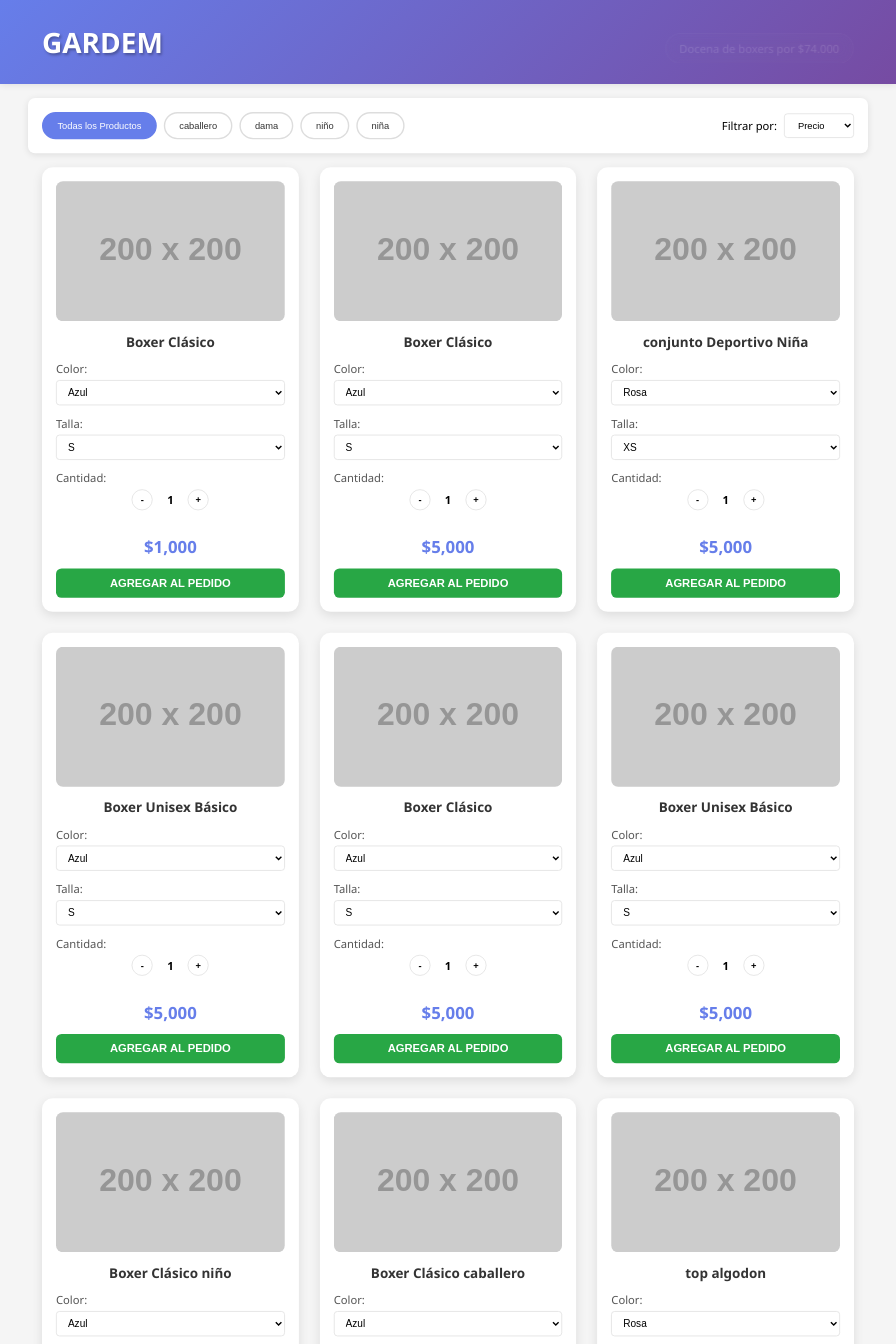
Repository: dasalgar123/gardem_react
Page: /
The author's editor kept a copy of each file at every save. The page is drawn from the files as they stood at one save, then again after the next save.
The browser window is 1280 px wide. The pictures show the part of the page from y = 0 to 1920 px (the page is 2919 px tall before and 2954 px after), at 70% of full size.
The project was rebuilt for these pictures with package versions that can differ from the ones it lists, and the page was loaded fresh each time.

Above is the page before, as saved 2025-08-02 17:08:44.

After the next save:
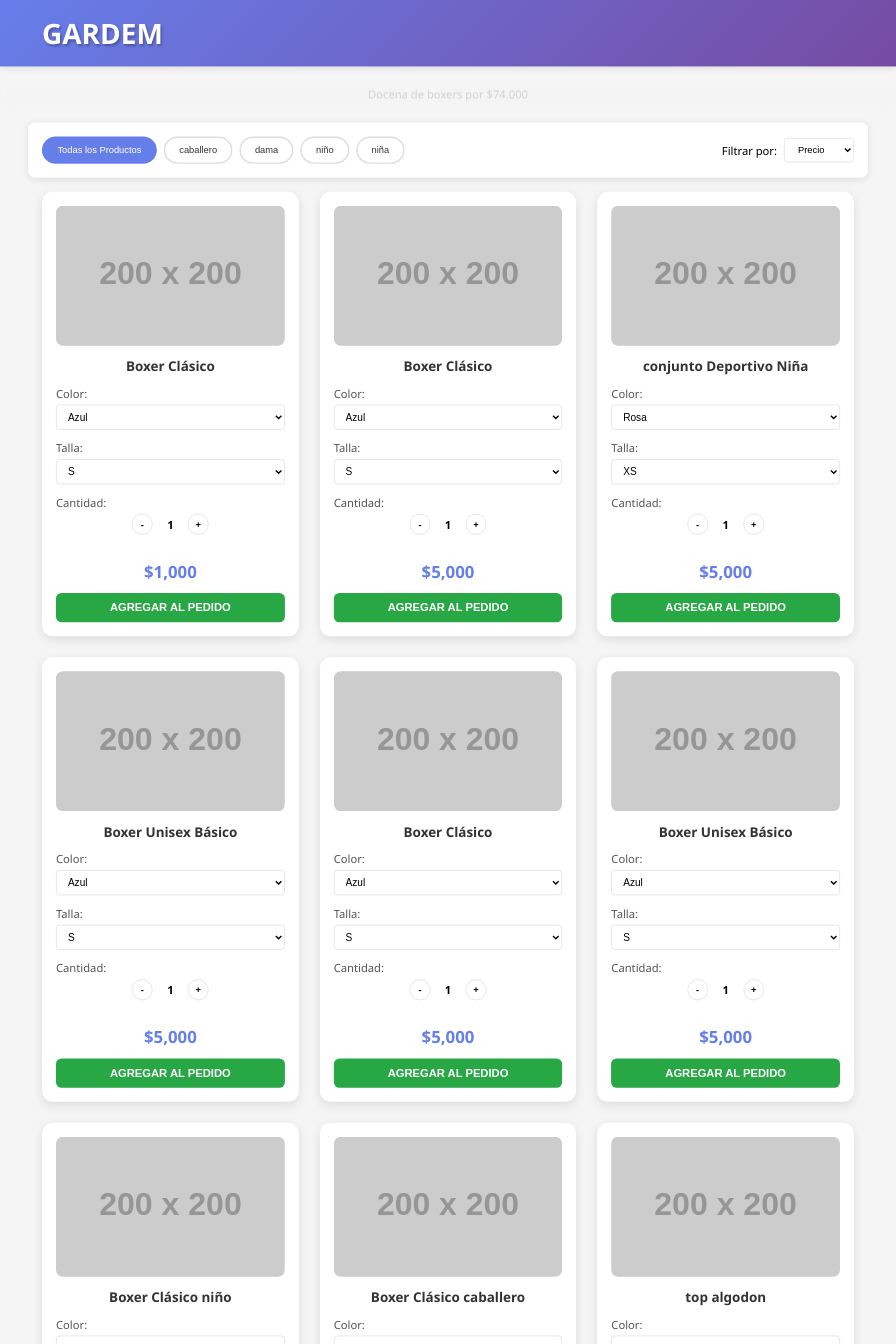
Saved 81 s later.
--- a/src/App.js
+++ b/src/App.js
@@ -152,13 +152,15 @@
       <header className="header">
         <div className="header-content">
           <h1 className="logo">GARDEM</h1>
-          <div className="promociones">
-            <div className="carrusel-promociones">
-              <p className="promocion-activa">{promociones[promocionActual]}</p>
-            </div>
-          </div>
         </div>
       </header>
+
+      {/* Carrusel de Promociones */}
+      <div className="carrusel-container">
+        <div className="carrusel-promociones">
+          <p className="promocion-activa">{promociones[promocionActual]}</p>
+        </div>
+      </div>
 
       {/* Filtros */}
       <div className="filtros">
